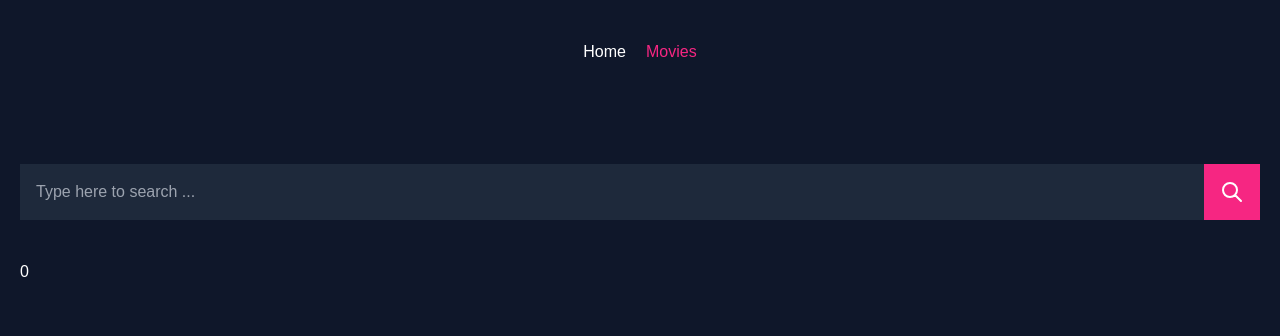
Repository: ThanhPhongsof/react-course-projects
Page: /movies (app in react-simple-movies/)
An editor plug-in stored every save of this project. The page is shown before and after the next save, followed by the edit.
The browser window is 1280 px wide. The pictures show the whole page.
The page's requests for data from a server got no answer. The project was rebuilt for these pictures with package versions that can differ from the ones it lists, and the page was loaded fresh each time. No one was signed in, and anything a server would have sent is missing. Also part of the build but not shown: react-simple-movies/src/components/banner/Banner.js, react-simple-movies/src/components/movies/MovieCard.js, react-simple-movies/src/components/movies/MovieList.js, react-simple-movies/src/pages/HomePage.js, react-simple-movies/src/pages/MovieDetailsPage.js.

Above is the page before, as saved 2022-04-20 22:28:08.

After the next save:
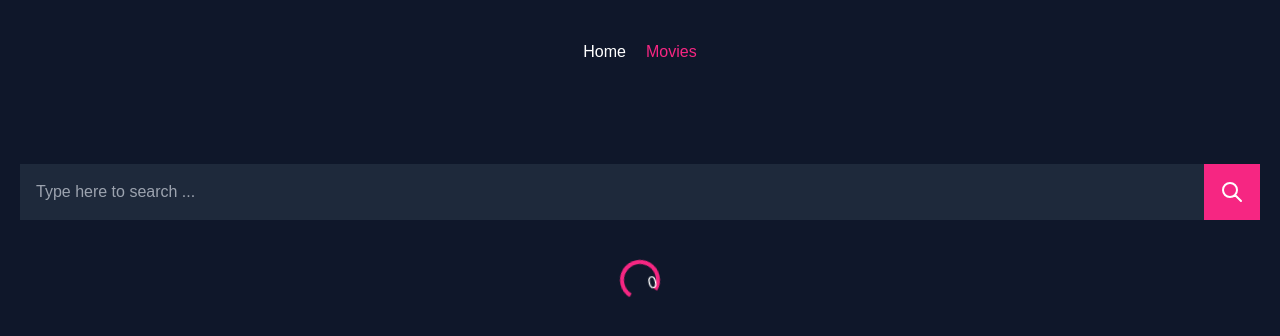
Saved 8 s later.
--- a/react-simple-movies/src/pages/MoviePage.js
+++ b/react-simple-movies/src/pages/MoviePage.js
@@ -54,7 +54,7 @@ const MoviePage = () => {
           </svg>
         </button>
       </div>
-      {loading && (
+      {!loading && (
         <div className="w-10 h-10 mx-auto border-4 border-t-4 rounded-full border-primary border-t-transparent animate-spin">
           {loading}
         </div>
